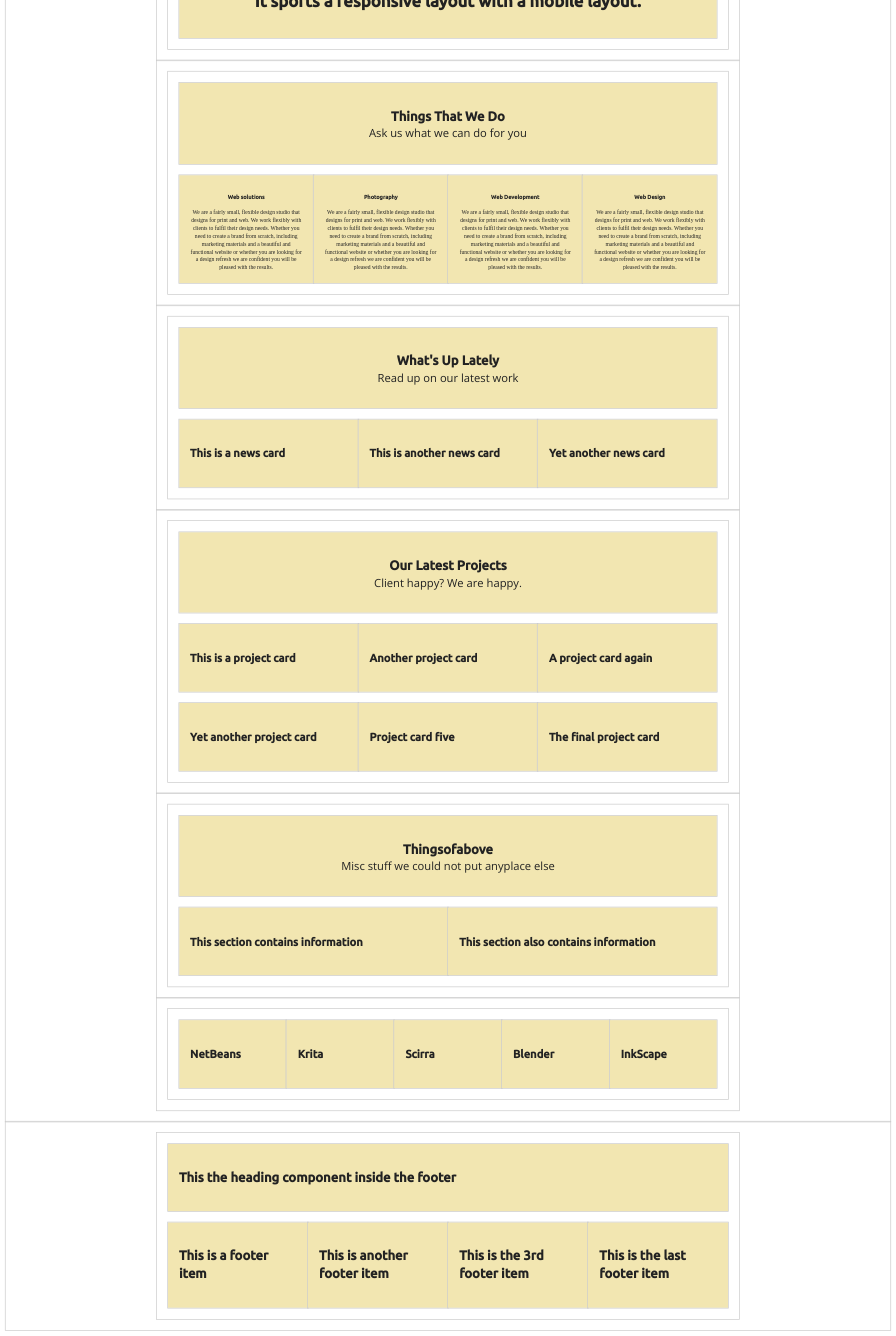
Repository: kennyharman/Marlowe_Kenny_Lab_02B
Page: index.html
An editor plug-in stored every save of this project. The page is shown before and after the next save, followed by the edit.
The browser window is 1280 px wide. The pictures show the part of the page from y = 475 to 2395 px (the page is 2384 px tall before and 2613 px after), at 70% of full size.

Above is the page before, as saved 2024-02-05 14:29:17.

After the next save:
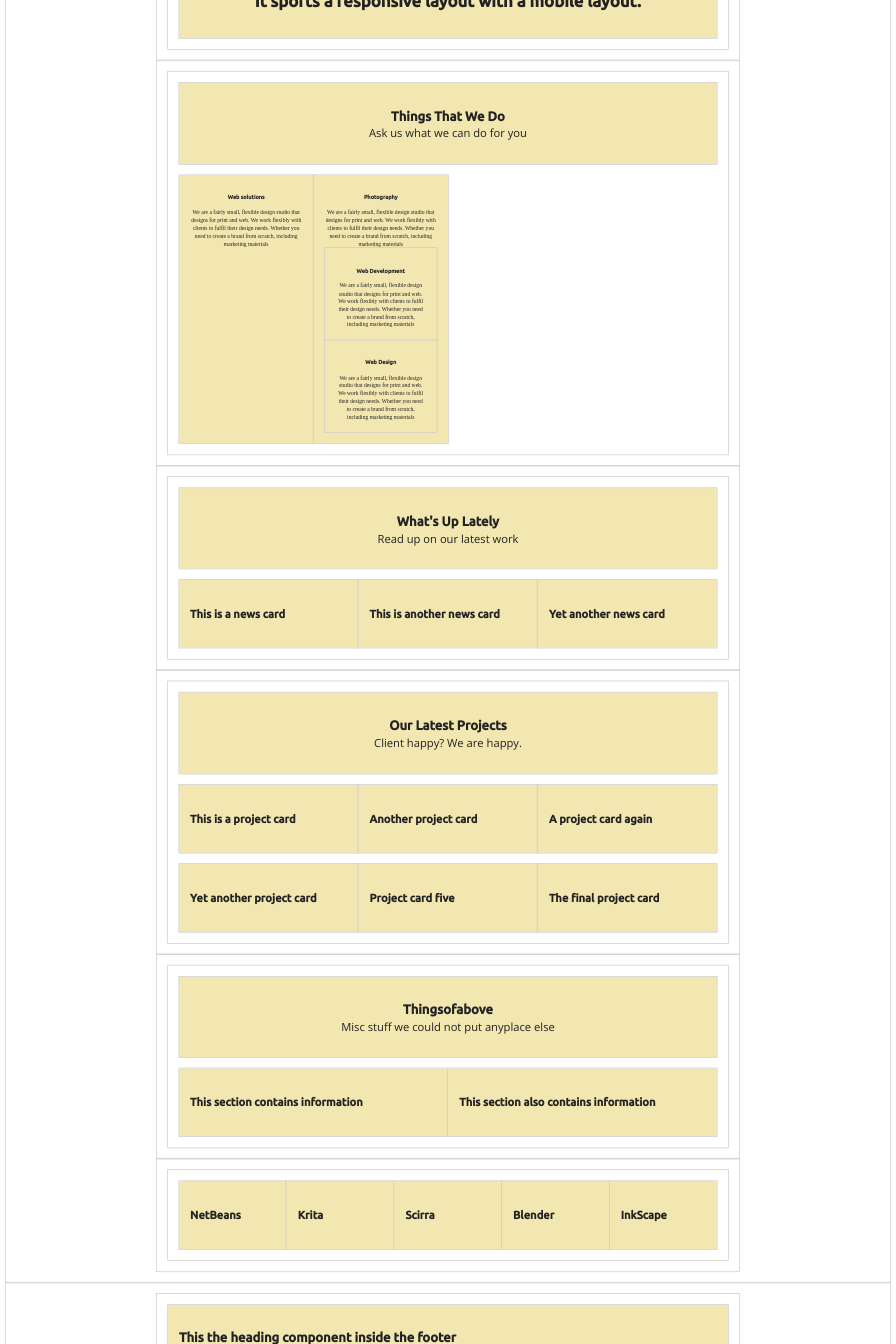
Saved 3 min 44 s later.
--- a/index.html
+++ b/index.html
@@ -60,19 +60,18 @@
       </div>
       <div class="col services-card">
         <h4>Web solutions</h4>
-        We are a fairly small, flexible design studio that designs for print and web. We work flexibly with clients to fulfil their design needs. Whether you need to create a brand from scratch, including marketing materials and a beautiful and functional website or whether you are looking for a design refresh we are confident you will be pleased with the results.
+        We are a fairly small, flexible design studio that designs for print and web. We work flexibly with clients to fulfil their design needs. Whether you need to create a brand from scratch, including marketing materials
       </div>
       <div class="col services-card">
         <h4>Photography</h4>
-        We are a fairly small, flexible design studio that designs for print and web. We work flexibly with clients to fulfil their design needs. Whether you need to create a brand from scratch, including marketing materials and a beautiful and functional website or whether you are looking for a design refresh we are confident you will be pleased with the results.
-      </div>
+        We are a fairly small, flexible design studio that designs for print and web. We work flexibly with clients to fulfil their design needs. Whether you need to create a brand from scratch, including marketing materials
       <div class="col services-card">
         <h4>Web Development</h4>
-        We are a fairly small, flexible design studio that designs for print and web. We work flexibly with clients to fulfil their design needs. Whether you need to create a brand from scratch, including marketing materials and a beautiful and functional website or whether you are looking for a design refresh we are confident you will be pleased with the results.
+        We are a fairly small, flexible design studio that designs for print and web. We work flexibly with clients to fulfil their design needs. Whether you need to create a brand from scratch, including marketing materials
       </div>
       <div class="col services-card">
         <h4>Web Design</h4>
-        We are a fairly small, flexible design studio that designs for print and web. We work flexibly with clients to fulfil their design needs. Whether you need to create a brand from scratch, including marketing materials and a beautiful and functional website or whether you are looking for a design refresh we are confident you will be pleased with the results.
+        We are a fairly small, flexible design studio that designs for print and web. We work flexibly with clients to fulfil their design needs. Whether you need to create a brand from scratch, including marketing materials
       </div>
     </div>
   </div>

After the save that followed:
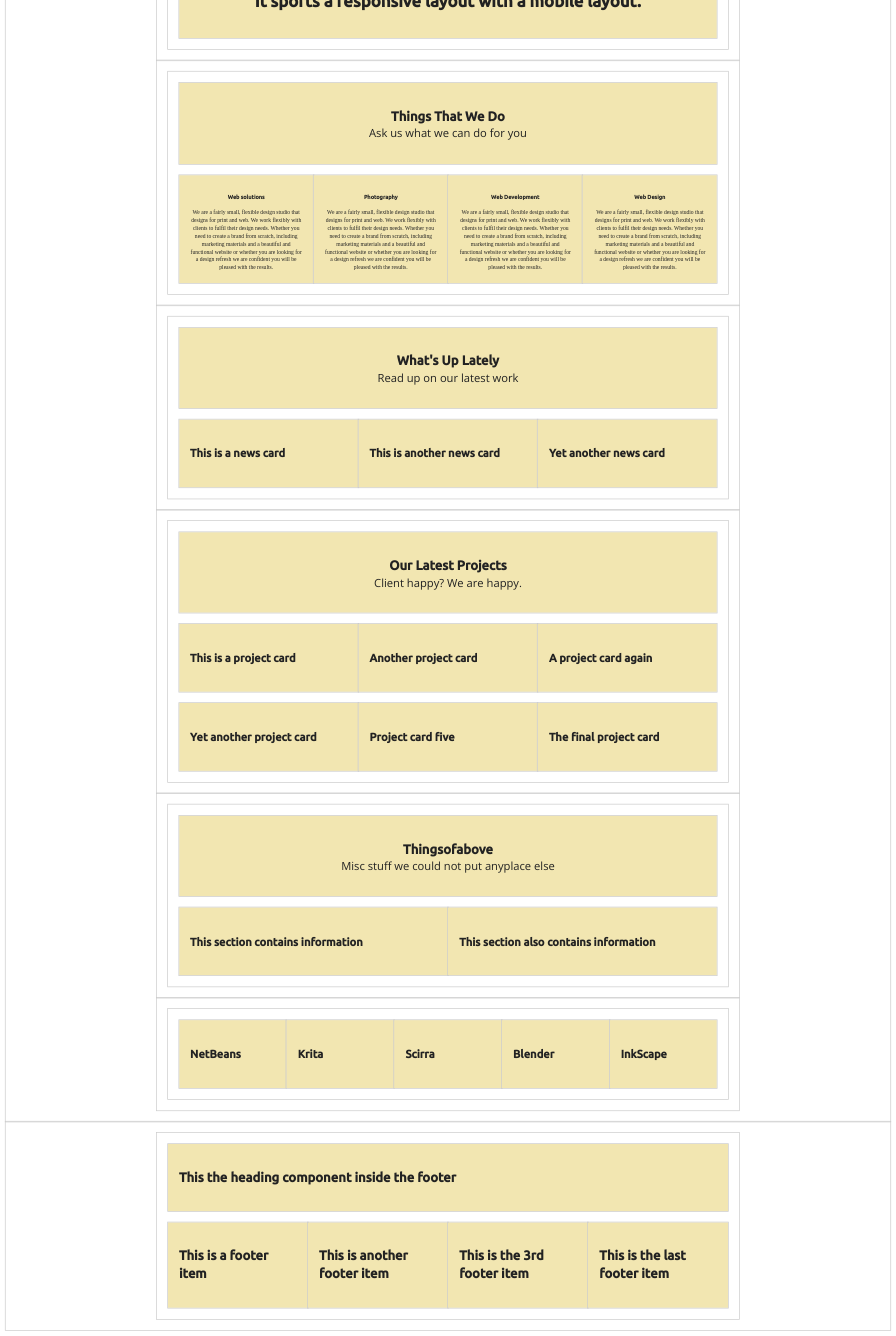
Saved 36 s later.
--- a/index.html
+++ b/index.html
@@ -60,18 +60,19 @@
       </div>
       <div class="col services-card">
         <h4>Web solutions</h4>
-        We are a fairly small, flexible design studio that designs for print and web. We work flexibly with clients to fulfil their design needs. Whether you need to create a brand from scratch, including marketing materials
+        We are a fairly small, flexible design studio that designs for print and web. We work flexibly with clients to fulfil their design needs. Whether you need to create a brand from scratch, including marketing materials and a beautiful and functional website or whether you are looking for a design refresh we are confident you will be pleased with the results.
       </div>
       <div class="col services-card">
         <h4>Photography</h4>
-        We are a fairly small, flexible design studio that designs for print and web. We work flexibly with clients to fulfil their design needs. Whether you need to create a brand from scratch, including marketing materials
+        We are a fairly small, flexible design studio that designs for print and web. We work flexibly with clients to fulfil their design needs. Whether you need to create a brand from scratch, including marketing materials and a beautiful and functional website or whether you are looking for a design refresh we are confident you will be pleased with the results.
+      </div>
       <div class="col services-card">
         <h4>Web Development</h4>
-        We are a fairly small, flexible design studio that designs for print and web. We work flexibly with clients to fulfil their design needs. Whether you need to create a brand from scratch, including marketing materials
+        We are a fairly small, flexible design studio that designs for print and web. We work flexibly with clients to fulfil their design needs. Whether you need to create a brand from scratch, including marketing materials and a beautiful and functional website or whether you are looking for a design refresh we are confident you will be pleased with the results.
       </div>
       <div class="col services-card">
         <h4>Web Design</h4>
-        We are a fairly small, flexible design studio that designs for print and web. We work flexibly with clients to fulfil their design needs. Whether you need to create a brand from scratch, including marketing materials
+        We are a fairly small, flexible design studio that designs for print and web. We work flexibly with clients to fulfil their design needs. Whether you need to create a brand from scratch, including marketing materials and a beautiful and functional website or whether you are looking for a design refresh we are confident you will be pleased with the results.
       </div>
     </div>
   </div>
